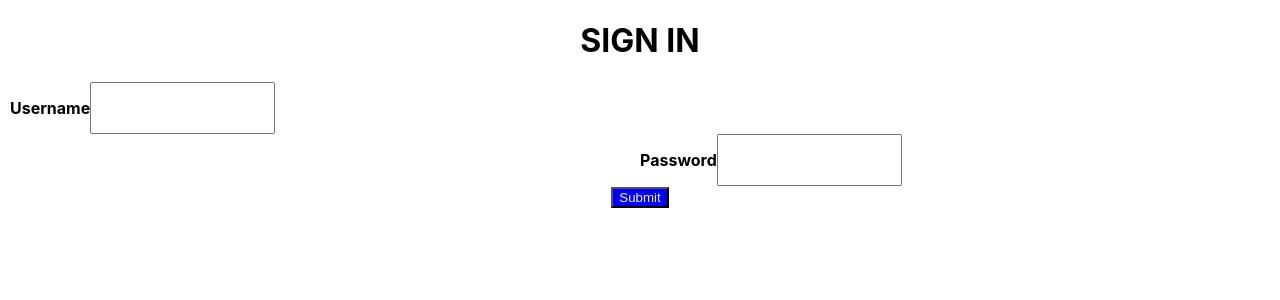
Repository: PreetiToppo/networking
Page: /
The author's editor kept a copy of each file at every save. The page is drawn from the files as they stood at one save, then again after the next save.
The browser window is 1280 px wide. The pictures show the whole page.
The project was rebuilt for these pictures with package versions that can differ from the ones it lists, and the page was loaded fresh each time.

Above is the page before, as saved 2023-01-21 19:44:33.

After the next save:
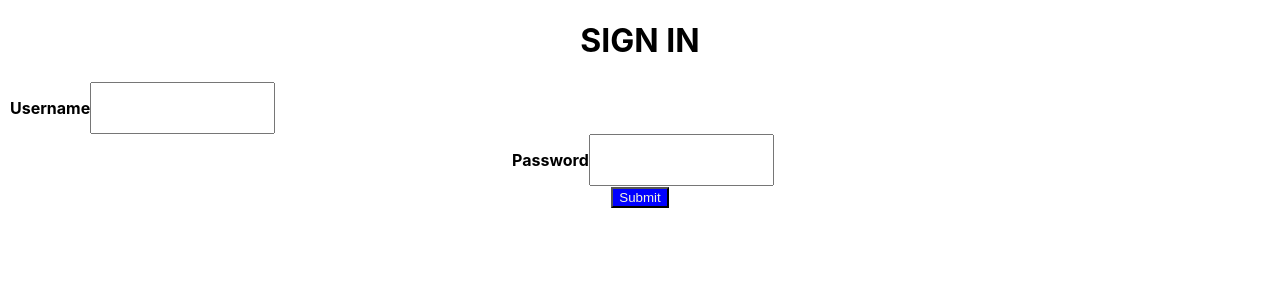
Saved 7 s later.
--- a/src/App.css
+++ b/src/App.css
@@ -8,7 +8,7 @@
 
 .pass {
   display: flex;
-  margin-left: 50%;
+  margin-left: 40%;
 }
 
 p{
